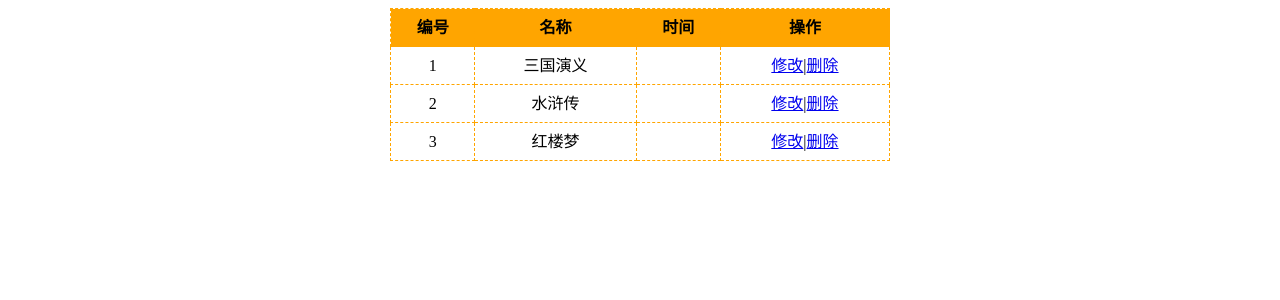
Repository: wjiawei97/FrontEndExercises
Page: 8. book_manegement/index.html
These files come from the project's save history. The page is drawn as it stood at one moment and after the next save; the edit follows.
The browser window is 1280 px wide. The pictures show the whole page.

Above is the page before, as saved 2021-08-22 12:13:42.

### 8. book_manegement/index.html
<!DOCTYPE html>
<html lang="en">
<head>
    <meta charset="UTF-8">
    <meta http-equiv="X-UA-Compatible" content="IE=edge">
    <meta name="viewport" content="width=device-width, initial-scale=1.0">
    <title>Document</title>
    <style>
        .grid{
            margin: 0 auto;
            width: 500px;
            text-align: center;
        }
        .grid table{
            width: 100%;
            border-collapse: collapse;
        }
        .grid th{
            background-color: orange;
        }
        .grid th,td{
            border: 1px dashed orange;
            height: 35px;
            line-height: 35px;
            padding: 10;
        }
    </style>
</head>
<body>
    <div id="app">
        <div class="grid">
            <table>
                <thead>
                    <tr>
                        <th>编号</th>
                        <th>名称</th>
                        <th>时间</th>
                        <th>操作</th>
                    </tr>
                </thead>
                <tbody>
                    <tr>
                        <td>1</td>
                        <td>三国演义</td>
                        <td></td>
                        <td><a href="#">修改</a>|<a href="#">删除</a></td>
                    </tr>
                    <tr>
                        <td>2</td>
                        <td>水浒传</td>
                        <td></td>
                        <td><a href="#">修改</a>|<a href="#">删除</a></td>
                    </tr>
                    <tr>
                        <td>3</td>
                        <td>红楼梦</td>
                        <td></td>
                        <td><a href="#">修改</a>|<a href="#">删除</a></td>
                    </tr>
                </tbody>
            </table>
        </div>
    </div>
</body>
</html>

After the next save:
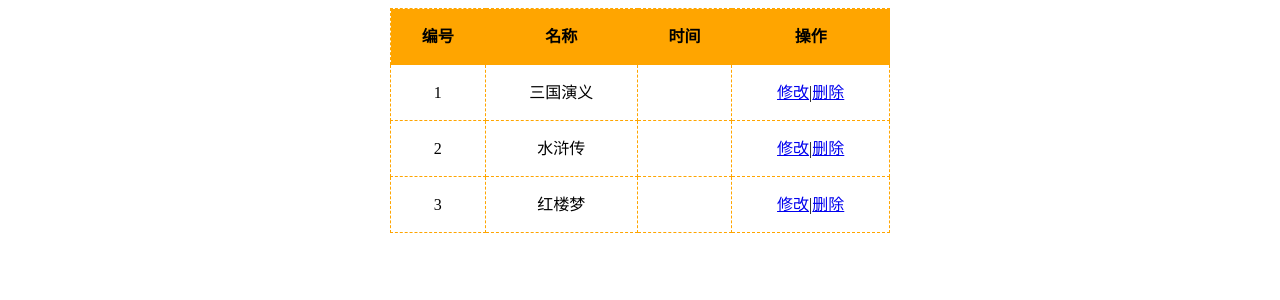
Saved 33 s later.
--- a/8. book_manegement/index.html
+++ b/8. book_manegement/index.html
@@ -22,7 +22,7 @@
             border: 1px dashed orange;
             height: 35px;
             line-height: 35px;
-            padding: 10;
+            padding: 10px;
         }
     </style>
 </head>

After the save that followed:
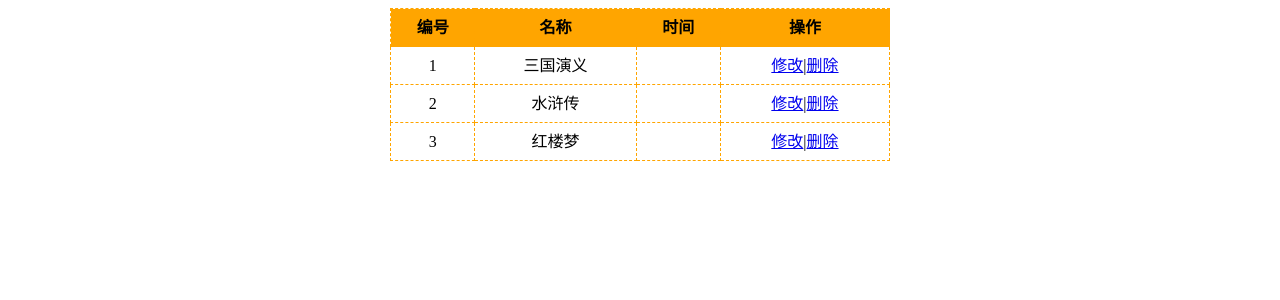
Saved 10 s later.
--- a/8. book_manegement/index.html
+++ b/8. book_manegement/index.html
@@ -22,7 +22,6 @@
             border: 1px dashed orange;
             height: 35px;
             line-height: 35px;
-            padding: 10px;
         }
     </style>
 </head>
